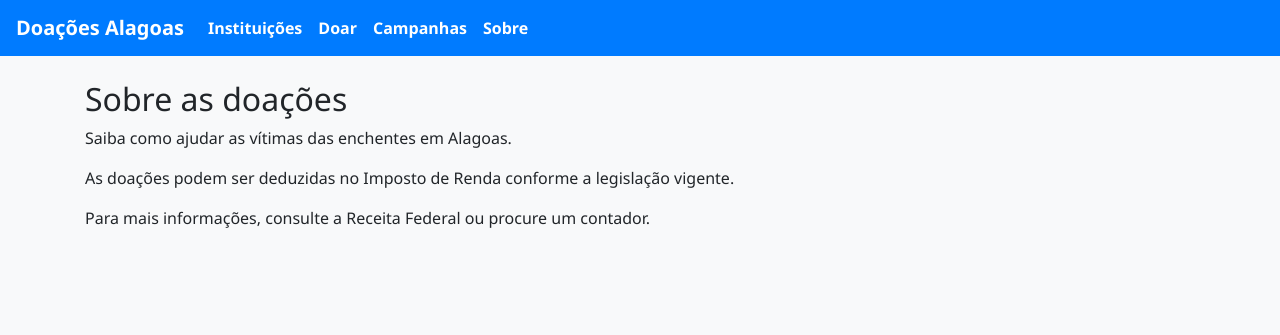
Repository: rafaelcrb/mvp-doacoes-alagoas
Page: http://localhost/sobre
The author's editor kept a copy of each file at every save. The page is drawn from the files as they stood at one save, then again after the next save.
The browser window is 1280 px wide. The pictures show the whole page.
The page is served by the project's application, run on Flask 3 (app.py).

Above is the page before, as saved 2025-05-27 07:38:09.

### templates/sobre.html
{% extends 'base.html' %}
{% block content %}
<h2>Sobre as doações</h2>
<p>Saiba como ajudar as vítimas das enchentes em Alagoas.</p>
<p>As doações podem ser deduzidas no Imposto de Renda conforme a legislação vigente.</p>
<p>Para mais informações, consulte a Receita Federal ou procure um contador.</p>
{% endblock %}

### templates/base.html
<!DOCTYPE html>
<html lang="pt-BR">
<head>
    <meta charset="UTF-8">
    <title>MVP Doações Alagoas</title>
    <link rel="stylesheet" href="https://stackpath.bootstrapcdn.com/bootstrap/4.5.2/css/bootstrap.min.css">
    <link rel="stylesheet" href="{{ url_for('static', filename='style.css') }}">
    <link rel="stylesheet" href="https://cdnjs.cloudflare.com/ajax/libs/font-awesome/6.4.0/css/all.min.css">
    <script src="https://code.jquery.com/jquery-3.5.1.slim.min.js"></script>
    <script src="https://cdn.jsdelivr.net/npm/bootstrap@4.5.2/dist/js/bootstrap.bundle.min.js"></script>
</head>
<body>

<nav class="navbar navbar-expand-lg navbar-light bg-light">
  <a class="navbar-brand" href="/">Doações Alagoas</a>
  <ul class="navbar-nav">
    <li class="nav-item"><a class="nav-link" href="/instituicoes">Instituições</a></li>
    <li class="nav-item"><a class="nav-link" href="/doar">Doar</a></li>
    <li class="nav-item"><a class="nav-link" href="/campanhas">Campanhas</a></li>
    <li class="nav-item"><a class="nav-link" href="/sobre">Sobre</a></li>
  </ul>
</nav>

<div class="container mt-4">
  {% with messages = get_flashed_messages() %}
    {% if messages %}
      <div class="alert alert-success">
        {{ messages[0] }}
      </div>
    {% endif %}
  {% endwith %}

  {% block content %}{% endblock %}
</div>

<div class="toast" role="alert" aria-live="assertive" aria-atomic="true" data-delay="3000">
  <div class="toast-body">
    Ação realizada com sucesso!
  </div>
</div>

<script>
  $(document).ready(function(){
    $('.toast').toast('show');
  });
</script>

</body>
</html>

### app.py
from flask import Flask, render_template, request, redirect
from flask import flash
import sqlite3

app = Flask(__name__)


# Banco de dados
def init_db():
    conn = sqlite3.connect('database.db')
    c = conn.cursor()
    c.execute('''CREATE TABLE IF NOT EXISTS instituicoes (
                    id INTEGER PRIMARY KEY,
                    nome TEXT,
                    cidade TEXT,
                    necessidade TEXT)''')
    c.execute('''CREATE TABLE IF NOT EXISTS doacoes (
                    id INTEGER PRIMARY KEY,
                    nome TEXT,
                    contato TEXT,
                    item TEXT)''')
    conn.commit()
    conn.close()

init_db()

@app.route('/')
def index():
    return render_template('index.html')

@app.route('/instituicoes', methods=['GET', 'POST'])
def instituicoes():
    conn = sqlite3.connect('database.db')
    c = conn.cursor()

    if request.method == 'POST':
        nome = request.form['nome']
        cidade = request.form['cidade']
        necessidade = request.form['necessidade']
        c.execute("INSERT INTO instituicoes (nome, cidade, necessidade) VALUES (?, ?, ?)",
                  (nome, cidade, necessidade))
        conn.commit()
        flash('Instituição cadastrada com sucesso!')


    c.execute("SELECT * FROM instituicoes")
    instituicoes = c.fetchall()
    conn.close()
    return render_template('instituicoes.html', instituicoes=instituicoes)

@app.route('/doadores')
def doadores():
    conn = sqlite3.connect('database.db')
    c = conn.cursor()
    c.execute("SELECT * FROM doacoes")
    doadores = c.fetchall()
    conn.close()
    return render_template('doadores.html', doadores=doadores)



@app.route('/doar', methods=['GET', 'POST'])
def doar():
    if request.method == 'POST':
        nome = request.form['nome']
        contato = request.form['contato']
        item = request.form['item']
        conn = sqlite3.connect('database.db')
        c = conn.cursor()
        c.execute("INSERT INTO doacoes (nome, contato, item) VALUES (?, ?, ?)",
                  (nome, contato, item))
        conn.commit()
        conn.close()
        return redirect('/')

    return render_template('doar.html')

@app.route('/campanhas')
def campanhas():
    campanhas = [
        {'nome': 'Campanha Alagoas Solidária', 'descricao': 'Ajude as vítimas das enchentes.'},
        {'nome': 'Doação de água e mantimentos', 'descricao': 'Itens mais necessários: água, alimentos não perecíveis, roupas.'}
    ]
    return render_template('campanhas.html', campanhas=campanhas)

@app.route('/sobre')
def sobre():
    return render_template('sobre.html')

if __name__ == '__main__':
    app.run(debug=True)

### static/style.css
body {
    background-color: #f8f9fa;
    font-family: 'Segoe UI', Tahoma, Geneva, Verdana, sans-serif;
}

.navbar {
    background-color: #007bff !important;
}

.navbar a {
    color: white !important;
    font-weight: bold;
}

.card {
    transition: transform 0.2s ease-in-out;
}

.card:hover {
    transform: scale(1.05);
}

.btn-primary {
    background-color: #007bff;
    border: none;
}

.btn-primary:hover {
    background-color: #0056b3;
}

.badge-warning {
    background-color: #ffc107;
}

.toast {
    position: fixed;
    top: 20px;
    right: 20px;
}

After the next save:
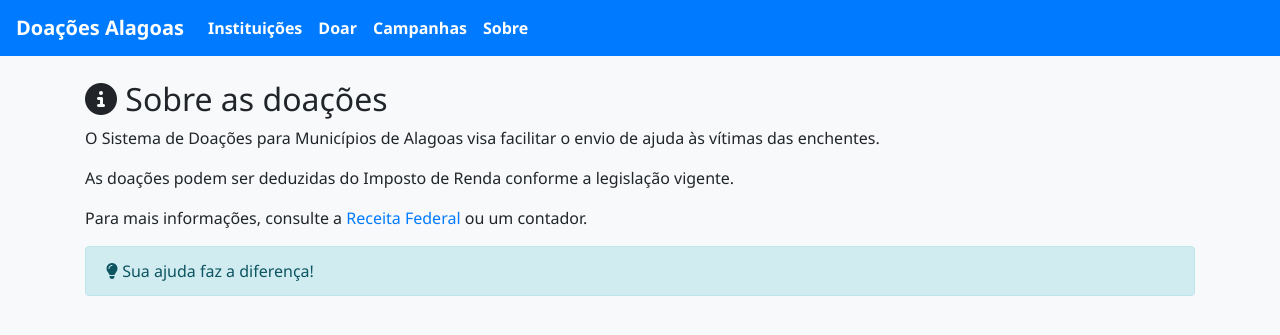
Saved 13 s later.
--- a/templates/sobre.html
+++ b/templates/sobre.html
@@ -1,7 +1,21 @@
 {% extends 'base.html' %}
+
 {% block content %}
-<h2>Sobre as doações</h2>
-<p>Saiba como ajudar as vítimas das enchentes em Alagoas.</p>
-<p>As doações podem ser deduzidas no Imposto de Renda conforme a legislação vigente.</p>
-<p>Para mais informações, consulte a Receita Federal ou procure um contador.</p>
+<h2><i class="fas fa-info-circle"></i> Sobre as doações</h2>
+
+<p>
+  O Sistema de Doações para Municípios de Alagoas visa facilitar o envio de ajuda às vítimas das enchentes.
+</p>
+
+<p>
+  As doações podem ser deduzidas do Imposto de Renda conforme a legislação vigente.
+</p>
+
+<p>
+  Para mais informações, consulte a <a href="https://www.gov.br/receitafederal/" target="_blank">Receita Federal</a> ou um contador.
+</p>
+
+<div class="alert alert-info mt-3">
+  <i class="fas fa-lightbulb"></i> Sua ajuda faz a diferença!
+</div>
 {% endblock %}
